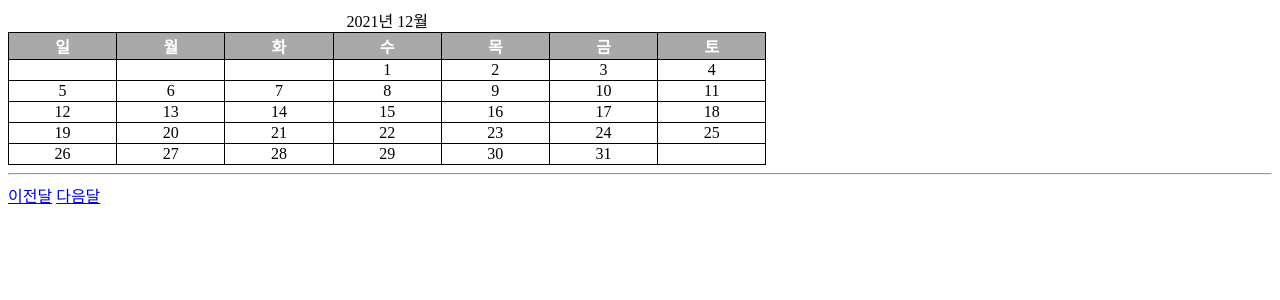
Repository: Jin0207/jsp
Page: http://localhost/day1210/calendarTest.jsp
The author's editor kept a copy of each file at every save. The page is drawn from the files as they stood at one save, then again after the next save.
The browser window is 1280 px wide. The pictures show the whole page.
The page is served by Tomcat 9.

Above is the page before, as saved 2021-12-10 07:05:03.

After the next save:
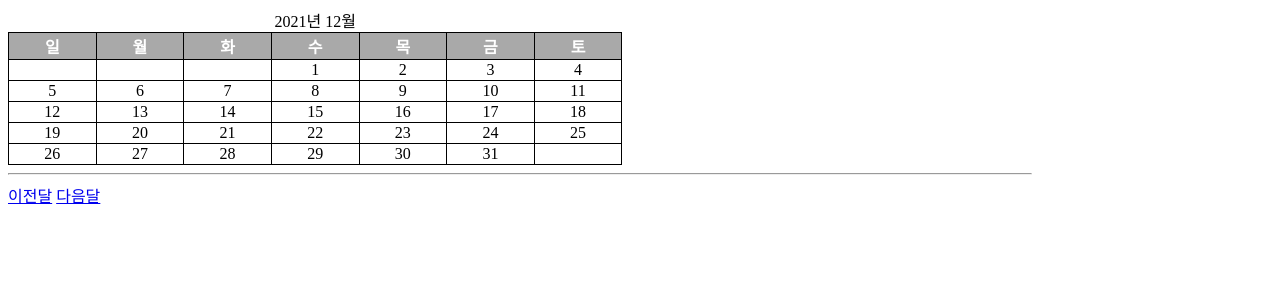
Saved 7 min 7 s later.
--- a/day1210/src/main/webapp/calendarTest.jsp
+++ b/day1210/src/main/webapp/calendarTest.jsp
@@ -7,6 +7,9 @@
 <meta charset="EUC-KR">
 <title>Insert title here</title>
 <style type="text/css">
+	body{
+		width: 80%;
+	}
 	table, td, th{
 		border: 1px solid black;
 		text-align: center;
